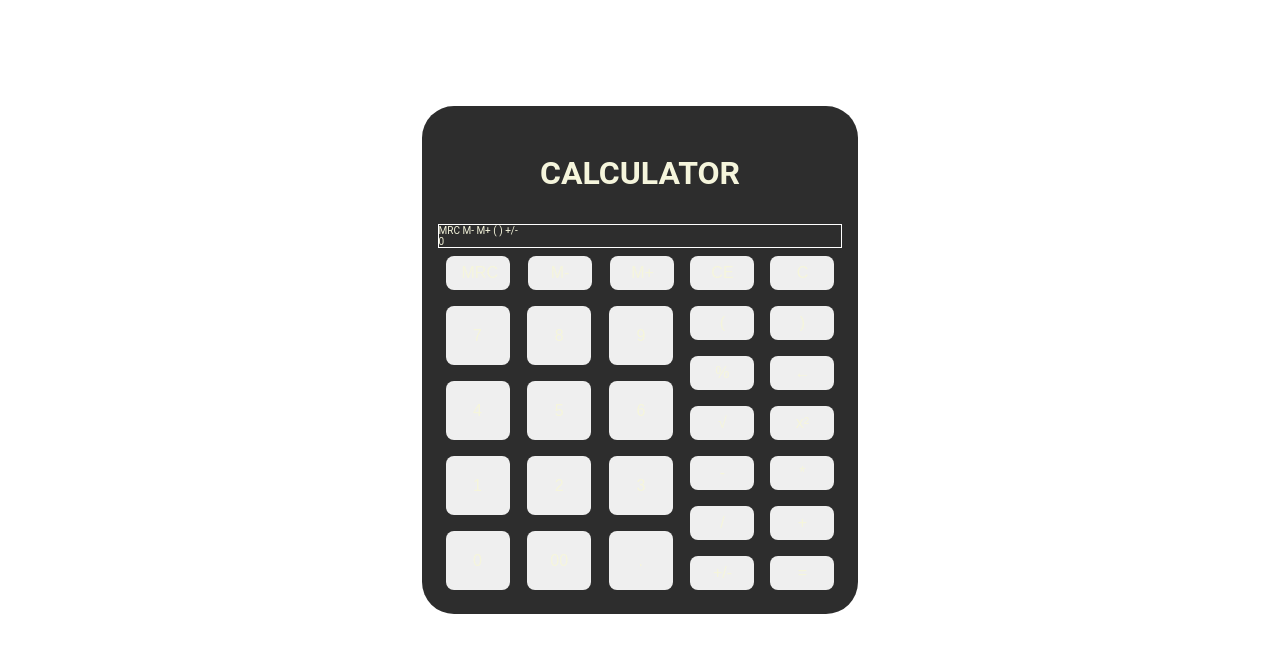
Repository: Denis793/CalculatorNew
Page: index.html
An editor plug-in stored every save of this project. The page is shown before and after a run of saves, followed by the edit.
The browser window is 1280 px wide. The pictures show the whole page.
The style sheet was rebuilt from its Sass, Less or Tailwind sources for each picture, by a compiler version that may differ from the author's.

Above is the page before, as saved 2025-05-17 18:23:44.

### index.html
<!DOCTYPE html>
<html lang="en">
  <head>
    <meta charset="UTF-8" />
    <meta name="viewport" content="width=device-width, initial-scale=1.0" />
    <title>Calculator</title>
    <link rel="stylesheet" href="./app/style/css/main.css" />
  </head>
  <body>
    <div class="calculatorContainer">
      <h1>Calculator</h1>

      <div class="display">
        <div class="indicators">
          <span class="indicator" data-key="MRC">MRC</span>
          <span class="indicator" data-key="M-">M-</span>
          <span class="indicator" data-key="M+">M+</span>
          <span class="indicator" data-key="()">( )</span>
          <span class="indicator" data-key="+/-">+/-</span>
        </div>

        <ul id="historyList"></ul>

        <div class="previous"></div>
        <div class="current"></div>
      </div>

      <div class="keypad">
        <div class="memoryBtn">
          <button class="button">MRC</button>
          <button class="button">M-</button>
          <button class="button">M+</button>
        </div>

        <div class="cleanBtn">
          <button class="button">CE</button>
          <button class="button ac">C</button>
        </div>

        <div class="numbersBtn">
          <button class="button">7</button>
          <button class="button">8</button>
          <button class="button">9</button>

          <button class="button">4</button>
          <button class="button">5</button>
          <button class="button">6</button>

          <button class="button">1</button>
          <button class="button">2</button>
          <button class="button">3</button>

          <button class="button">0</button>
          <button class="button">00</button>
          <button class="button">.</button>
        </div>

        <div class="operationsBtn">
          <button class="button">(</button>
          <button class="button">)</button>
          <button class="button">%</button>
          <button class="button">←</button>
          <button class="button">√</button>
          <button class="button">x²</button>
          <button class="button">-</button>
          <button class="button">*</button>
          <button class="button">/</button>
          <button class="button plus">+</button>
          <button class="button">+/-</button>
          <button class="button">=</button>
        </div>
      </div>
    </div>
    <script type="module" src="./app/js/main.js"></script>
  </body>
</html>

### app/js/main.js
import { initializeCalculator } from './state.js';
import './memory.js';
import './operations.js';
import './equals.js';
import './formatter.js';
import './history.js';
import './inputHandler.js';

initializeCalculator();

### app/js/state.js
import { handleMemory } from './memory.js';
import { handleOperations } from './operations.js';
import { handleEquals } from './equals.js';
import { handleInput } from './inputHandler.js';

export const state = {
  expression: '',
  memory: 0,
  memoryLog: [],
  memoryActive: false,

  finish: false,
  lastOperator: '',
  lastOperand: '',
  history: [],
  MAX_LENGTH: 12,
  displayPrev: document.querySelector('.previous'),
  displayCurr: document.querySelector('.current'),
  buttons: document.querySelector('.keypad'),
  historyList: document.getElementById('historyList'),
  lastFunction: '',
  parenthesesCount: 0,
};

export function clearAll() {
  state.expression = '';
  state.finish = false;
  state.lastOperator = '';
  state.lastOperand = '';
  state.lastFunction = '';
  state.parenthesesCount = 0;
  state.displayCurr.textContent = '0';
  state.displayPrev.textContent = '';
  state.historyList.innerHTML = '';
  state.history = [];
  state.memoryActive = false;

  document.querySelectorAll('.button').forEach((btn) => btn.classList.remove('active-operator'));
  document.querySelectorAll('.indicator').forEach((i) => i.classList.remove('active'));
}

export function initializeCalculator() {
  clearAll();

  document.querySelector('.ac').addEventListener('click', clearAll);

  state.buttons.addEventListener('click', (e) => {
    const btn = e.target;
    if (!btn.classList.contains('button')) return;

    const key = btn.textContent;

    const specialKeys = ['MRC', 'M-', 'M+', '+/-', '√'];
    if (specialKeys.includes(key)) {
      document.querySelectorAll('.indicator').forEach((i) => {
        const keep = i.dataset.key === '()' && state.parenthesesCount > 0;
        if (!keep) i.classList.remove('active');
      });
      const indicator = document.querySelector(`.indicator[data-key="${key}"]`);
      if (indicator) indicator.classList.add('active');
    }

    if (handleMemory(key)) return;
    if (handleOperations(key)) return;
    if (handleEquals(key)) return;
    if (handleInput(key)) return;
  });
}

### app/js/memory.js
import { state } from './state.js';
import { formatExpression } from './formatter.js';

export function handleMemory(key) {
  if (!state.memoryLog) state.memoryLog = [];

  if (key === 'MRC') {
    const indicator = document.querySelector('.indicator[data-key="MRC"]');
    if (state.memoryActive) {
      state.memoryActive = false;
      if (indicator) indicator.classList.remove('active');
    } else {
      state.displayCurr.textContent = formatExpression(state.memory.toString());
      state.expression = state.memory.toString();
      state.finish = false;
      state.memoryActive = true;
      if (indicator) indicator.classList.add('active');
    }
    return true;
  }

  if (key === 'M+') {
    const value = parseFloat(state.displayCurr.textContent.replace(/\s/g, '')) || 0;
    state.memory += value;
    state.memoryLog.push(`+${value}`);
    if (state.memoryLog.length > 5) state.memoryLog.shift();
    state.memoryActive = true;
    const indicator = document.querySelector('.indicator[data-key="MRC"]');
    if (indicator) indicator.classList.add('active');
    return true;
  }

  if (key === 'M-') {
    const value = parseFloat(state.displayCurr.textContent.replace(/\s/g, '')) || 0;
    state.memory -= value;
    state.memoryLog.push(`-${value}`);
    if (state.memoryLog.length > 5) state.memoryLog.shift();
    state.memoryActive = true;
    const indicator = document.querySelector('.indicator[data-key="MRC"]');
    if (indicator) indicator.classList.add('active');
    return true;
  }

  return false;
}

### app/js/operations.js
import { state, clearAll } from './state.js';
import { formatExpression } from './formatter.js';

export function handleOperations(key) {
  if (key === '+/-') {
    if (state.displayCurr.textContent === '0') return true;
    if (state.finish) {
      state.expression = (-parseFloat(state.displayCurr.textContent.replace(/\s/g, ''))).toString();
      state.finish = false;
    } else {
      const match = state.expression.match(/(-?\d+\.?\d*)$/);
      if (match) {
        const num = match[0];
        const inverted = (-parseFloat(num)).toString();
        state.expression = state.expression.slice(0, -num.length) + inverted;
      } else {
        state.expression = '-' + state.expression;
      }
    }
    state.displayCurr.textContent = formatExpression(state.expression);
    return true;
  }

  if (key === '←') {
    if (state.finish) return true;
    state.expression = state.expression.slice(0, -1);
    state.displayCurr.textContent = formatExpression(state.expression) || '0';
    return true;
  }

  if (key === '%') {
    state.expression += '/100';
    state.displayCurr.textContent = formatExpression(state.expression);
    return true;
  }

  if (key === '√') {
    if (state.expression === '') return true;
    const original = state.expression;
    const result = Math.sqrt(eval(original));
    const visible = `√${original}`;
    state.expression = result.toString();
    state.displayCurr.textContent = formatExpression(state.expression);
    state.displayPrev.textContent = visible;
    state.lastFunction = 'sqrt';
    state.lastOperator = '';
    state.lastOperand = '';
    state.finish = true;
    const indicator = document.querySelector(`.indicator[data-key="√"]`);
    if (indicator) indicator.classList.add('active');
    return true;
  }

  if (key === '(') {
    const lastChar = state.expression.slice(-1);
    if (/\d|\)/.test(lastChar)) return true;

    if (state.finish) {
      state.expression = '';
      state.finish = false;
    }

    state.expression += key;
    state.displayCurr.textContent = formatExpression(state.expression);
    state.parenthesesCount++;

    const indicator = document.querySelector('.indicator[data-key="()"]');
    if (indicator) indicator.classList.add('active');

    return true;
  }

  if (key === ')') {
    if (state.finish) {
      state.expression = '';
      state.finish = false;
    }
    state.expression += key;
    state.displayCurr.textContent = formatExpression(state.expression);
    if (state.parenthesesCount > 0) {
      state.parenthesesCount--;
      if (state.parenthesesCount === 0) {
        const indicator = document.querySelector(`.indicator[data-key="()"]`);
        if (indicator) indicator.classList.remove('active');
      }
    }
    return true;
  }

  if (key === 'x²') {
    const value = eval(state.expression || '0');
    const result = value ** 2;
    const visible = `${value}²`;
    state.expression = result.toString();
    state.displayCurr.textContent = formatExpression(state.expression);
    state.displayPrev.textContent = visible;
    state.lastFunction = 'square';
    state.lastOperator = '';
    state.lastOperand = '';
    state.finish = true;
    return true;
  }

  if (key === 'CE') {
    const match = state.expression.match(/.*?(?:[+\-*/(]|^)([\d.]+)$/);
    if (match) {
      state.expression = state.expression.slice(0, -match[1].length);
    } else {
      state.expression = '';
    }
    state.lastFunction = '';
    state.displayCurr.textContent = formatExpression(state.expression) || '0';
    document.querySelectorAll('.indicator').forEach((i) => i.classList.remove('active'));
    return true;
  }

  if (key === 'C') {
    clearAll();
    return true;
  }

  return false;
}

### app/js/equals.js
import { state } from './state.js';
import { formatExpression } from './formatter.js';
import { addToHistory } from './history.js';

export function handleEquals(key) {
  if (key !== '=') return false;

  try {
    const open = (state.expression.match(/\(/g) || []).length;
    const close = (state.expression.match(/\)/g) || []).length;
    if (open !== close) return true;

    if (!state.finish) {
      const result = eval(state.expression);
      const match = state.expression.match(/(.+)([+\-*/])\s*(-?\d+\.?\d*)$/);

      if (match) {
        state.lastOperator = match[2];
        state.lastOperand = match[3];
      } else {
        state.lastOperator = '';
        state.lastOperand = '';
      }

      const visible = state.displayPrev.textContent || state.expression;

      state.displayCurr.textContent = formatExpression(result.toString());
      state.expression = result.toString();
      state.finish = true;
      state.displayPrev.textContent = '';

      const containsOperator = /[+\-*/()]|Math\.sqrt|%/.test(visible);
      const isSame = visible.replace(/\s/g, '') === result.toString();

      if (containsOperator && !isSame) {
        addToHistory(`${visible} = ${result}`);
      }
    } else if (state.lastFunction === 'sqrt' && state.finish) {
      const value = parseFloat(state.expression);
      const result = Math.sqrt(value);
      const visible = `√${value}`;
      state.displayCurr.textContent = formatExpression(result.toString());
      state.expression = result.toString();
      state.displayPrev.textContent = visible;
      addToHistory(`${visible} = ${result}`);
      return true;
    } else if (state.lastOperator && state.lastOperand) {
      state.expression = `${state.expression}${state.lastOperator}${state.lastOperand}`;
      const result = eval(state.expression);
      state.displayCurr.textContent = formatExpression(result.toString());
      state.expression = result.toString();
      addToHistory(`${state.expression} = ${result}`);
    }
  } catch {
    return true;
  }

  return true;
}

### app/js/formatter.js
export function formatExpression(expression) {
  return expression.replace(/\d+/g, (match) => {
    return Number(match).toLocaleString('en-US').replace(/,/g, ' ');
  });
}

### app/js/history.js
import { state } from './state.js';

export function addToHistory(item) {
  state.history.push(item);
  if (state.history.length > 3) state.history.shift();

  state.historyList.innerHTML = '';
  state.history.forEach((entry) => {
    const li = document.createElement('li');
    li.textContent = entry;
    state.historyList.appendChild(li);
  });
}

### app/js/inputHandler.js
import { state } from './state.js';
import { formatExpression } from './formatter.js';

export function handleInput(key) {
  const allowed = ['0', '1', '2', '3', '4', '5', '6', '7', '8', '9', '.', '+', '-', '*', '/', '00'];
  if (!allowed.includes(key)) return false;

  if (state.finish) {
    if (!isNaN(key) || key === '(') state.expression = '';
    state.finish = false;
  }

  const digitsOnly = state.expression.replace(/\D/g, '');
  if (digitsOnly.length >= state.MAX_LENGTH) return true;

  if (state.displayCurr.textContent === '0' && !isNaN(key)) {
    state.expression = key;
  } else {
    state.expression += key;
  }

  state.displayCurr.textContent = formatExpression(state.expression);
  return true;
}

### app/style/scss/main.scss
@use 'reset' as *;
@use 'variables' as *;

.calculatorContainer {
  display: flex;
  flex-direction: column;
  align-items: center;
  background: #2d2d2d;
  border-radius: 2rem;
  padding: 1rem;
}

h1 {
  font-size: 2rem;
  text-transform: uppercase;
  margin: 2rem;
}

.display {
  width: 100%;
  border: 1px solid #fff;
}

button {
  width: 4rem;
  padding: 0.5rem 1rem;
  text-align: center;
  margin: 0.5rem;
  border: none;
  font-size: 1rem;
  border-radius: 0.5rem;
}

.keypad {
  display: grid;
  grid-template-areas:
    'memoryBtn cleanBtn'
    'operationsBtn numbersBtn';
  grid-template-columns: repeat(1, 1fr);
}

.memoryBtn {
  grid-area: 'memoryBtn';
  grid-template-columns: repeat(2, 1fr);
  grid-template-rows: 1fr;
}

.cleanBtn {
  display: grid;
  grid-template-columns: repeat(2, 1fr);
  grid-area: 'cleanBtn';
}

.numbersBtn {
  display: grid;
  grid-area: 'numbersBtn';
  grid-template-columns: repeat(3, 1fr);
}

.operationsBtn {
  display: grid;
  grid-template-columns: repeat(2, 1fr);
  grid-area: 'operationsBtn';
}

### app/style/scss/_reset.scss
* {
  margin: 0;
  padding: 0;
  box-sizing: border-box;
  color: beige;
}

body {
  font-family: 'Roboto', sans-serif;
  font-size: 10px;
  height: 100vh;
  display: flex;
  justify-content: center;
  align-items: center;
}

### app/style/scss/_variables.scss
:root {
  --memoryBtn: #000;
}

After the next 2 saves:
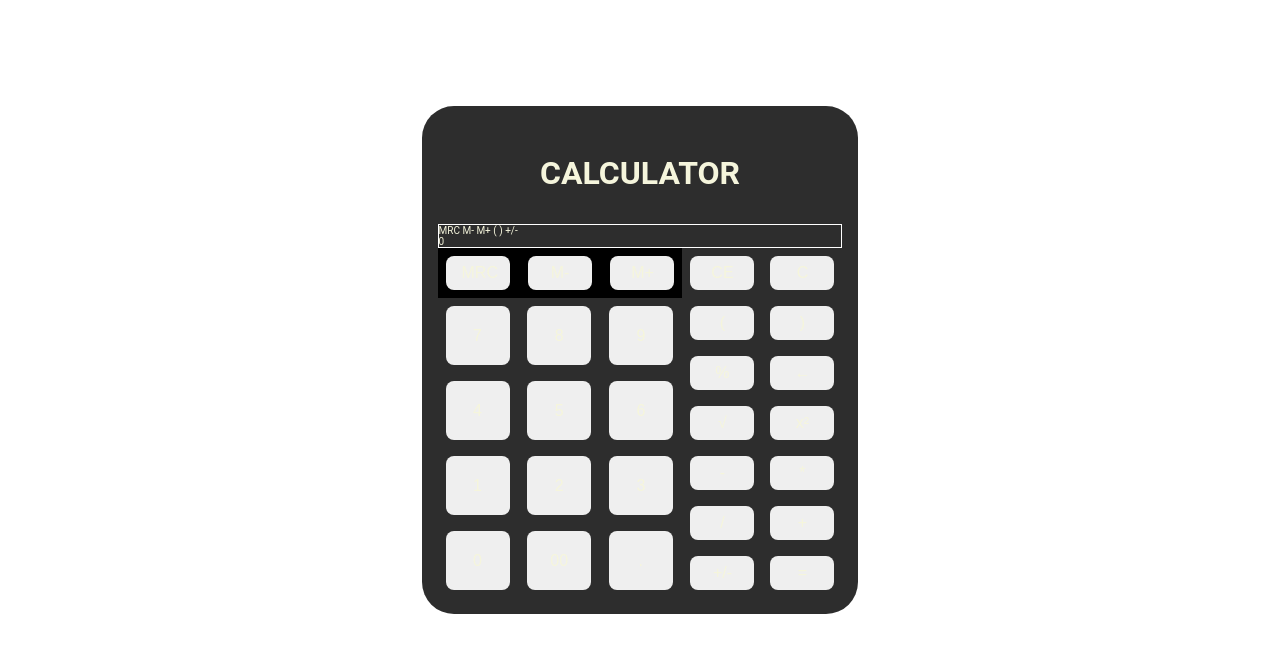
The 2 saves are shown as one change because 1 did not build or start.
The last was saved 73 s later.
--- a/app/style/scss/main.scss
+++ b/app/style/scss/main.scss
@@ -43,6 +43,7 @@ button {
   grid-area: 'memoryBtn';
   grid-template-columns: repeat(2, 1fr);
   grid-template-rows: 1fr;
+  background: var(--memoryBtn);
 }
 
 .cleanBtn {
